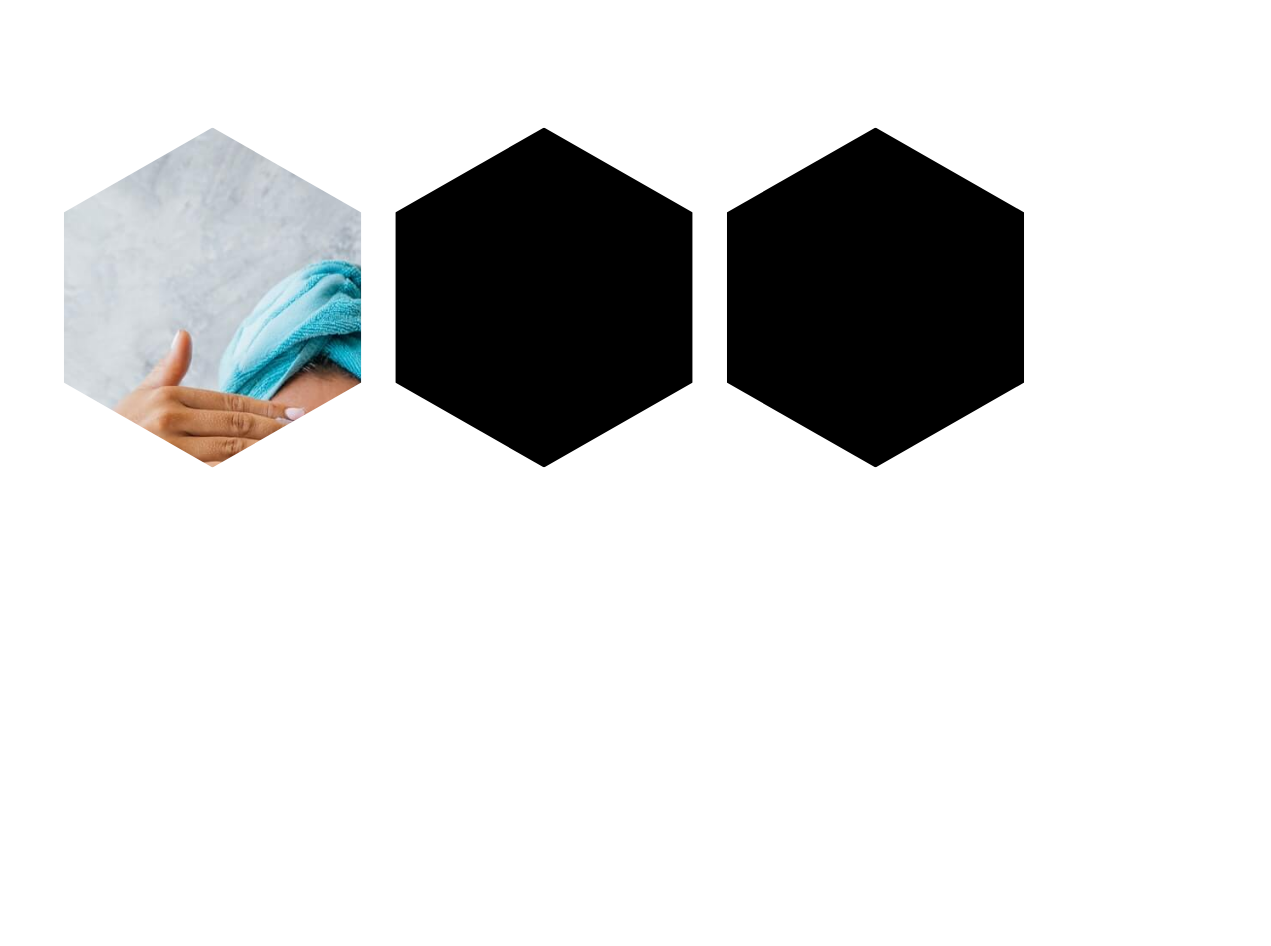
Repository: honghyunAhn/DailyFront
Page: Day210211_CSS_Hexagon_Div_Hover_Effects/index.html
An editor plug-in stored every save of this project. The page is shown before and after the next save, followed by the edit.
The browser window is 1280 px wide. The page is 1280 px wide, then 1495 px, so the pictures cover 1495 px, including what lies to the right of the window. The pictures show the whole page, at 85% of full size.

Above is the page before, as saved 2021-02-12 22:52:07.

### Day210211_CSS_Hexagon_Div_Hover_Effects/index.html
<!DOCTYPE html>
<html lang="en">
<head>
    <meta charset="UTF-8">
    <meta http-equiv="X-UA-Compatible" content="IE=edge">
    <meta name="viewport" content="width=device-width, initial-scale=1.0">
    <title>CSS Hexagon Div Hover Effects</title>
    <link rel="stylesheet" href="style.css">
</head>
<body>
    <div class="container">
        <div class="hexagon">
            <div class="shape">
                <img src="img/1.jpg" alt="">
            </div>
        </div>
        <div class="hexagon">
            <div class="shape"></div>
        </div>
        <div class="hexagon">
            <div class="shape"></div>
        </div>
    </div>
</body>
</html>

### Day210211_CSS_Hexagon_Div_Hover_Effects/style.css
@import url("https://fonts.googleapis.com/css?family=Poppins:200,300,400,500,600,700,800,900&display=swap");
* {
  margin: 0;
  padding: 0;
  box-sizing: border-box;
  font-family: "Poppins" sans-serif;
}
body {
  display: flex;
  justify-content: center;
  align-items: center;
  min-height: 100vh;
}
.container {
  position: relative;
  display: flex;
  justify-content: center;
  align-items: center;
  flex-wrap: wrap;
}
.container .hexagon {
  position: relative;
  width: 350px;
  height: 400px;
  margin: 50px 20px 70px;
}
.container .hexagon::before {
  content: "";
  position: absolute;
  bottom: -70px;
  width: 100%;
  height: 60px;
  background: radial-gradient(#rgba(0, 0, 0, 0.15), transparent, transparent);
  border-radius: 50%;
  transition: 0.5s;
}
.container .hexagon:hover::before {
  opacity: 0.8;
  transform: scale(0.8);
}
.container .hexagon .shape {
  position: absolute;
  top: 0;
  left: 0;
  width: 100%;
  height: 100%;
  background: #000;
  clip-path: polygon(0 25%, 50% 0, 100% 25%, 100% 75%, 50% 100%, 0 75%);
  transition: 0.5s;
}
.container .hexagon:hover .shape {
  transform: translateY(-30px);
}

After the next save:
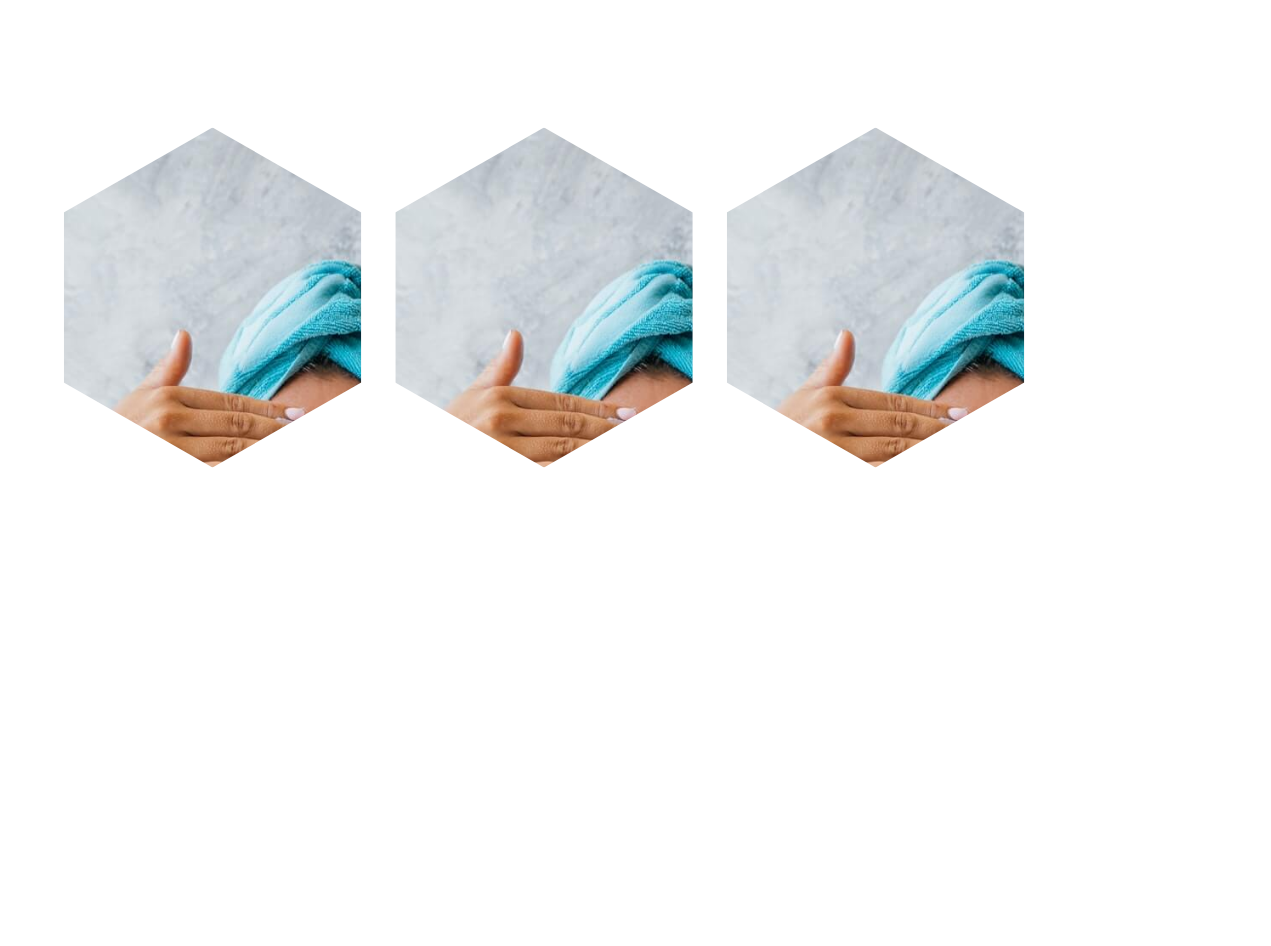
Saved 19 s later.
--- a/Day210211_CSS_Hexagon_Div_Hover_Effects/index.html
+++ b/Day210211_CSS_Hexagon_Div_Hover_Effects/index.html
@@ -15,10 +15,14 @@
             </div>
         </div>
         <div class="hexagon">
-            <div class="shape"></div>
+            <div class="shape">
+                <img src="img/1.jpg" alt="">
+            </div>
         </div>
         <div class="hexagon">
-            <div class="shape"></div>
+            <div class="shape">
+                <img src="img/1.jpg" alt="">
+            </div>
         </div>
     </div>
 </body>
